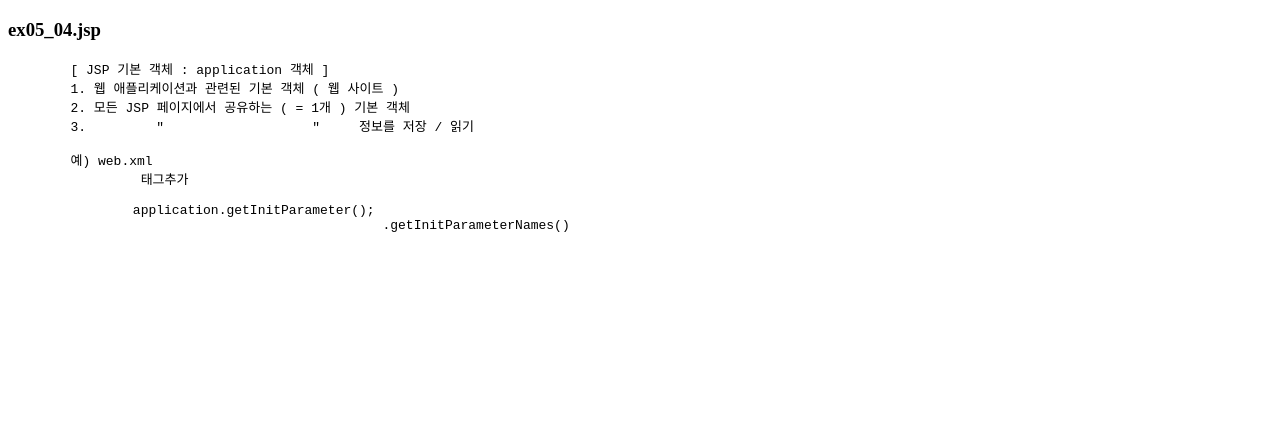
Repository: JavaYoo/kakao-emoticon-web-clone
Page: http://localhost/jspPro/days04/ex05_04.jsp
The author's editor kept a copy of each file at every save. The page is drawn from the files as they stood at one save, then again after the next save.
The browser window is 1280 px wide. The pictures show the whole page.
The page is served by Tomcat 9.

Above is the page before, as saved 2022-06-17 06:33:24.

After the next save:
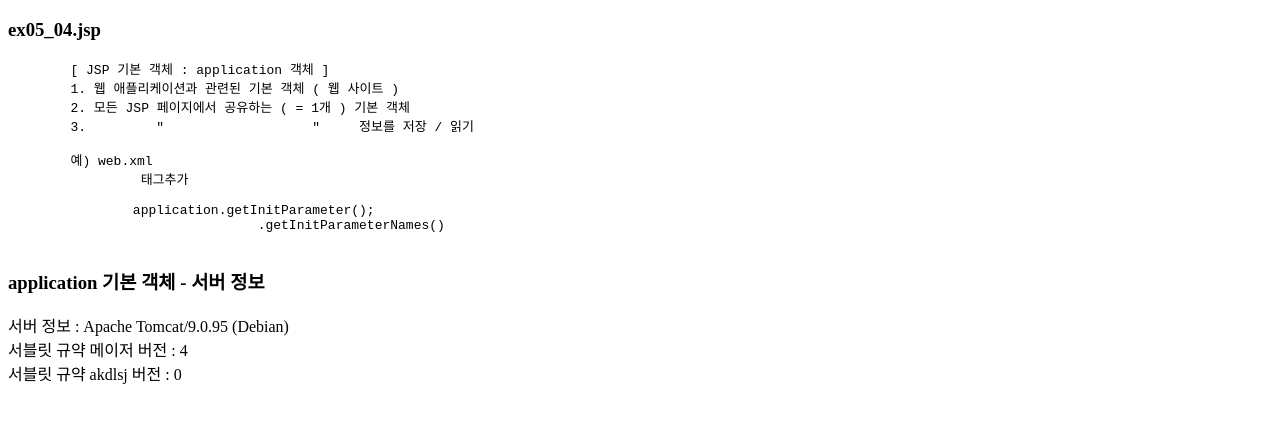
Saved 2 min 5 s later.
--- a/jspPro/src/main/webapp/days04/ex05_04.jsp
+++ b/jspPro/src/main/webapp/days04/ex05_04.jsp
@@ -22,9 +22,14 @@
 		<context-param> 태그추가
 
 		application.getInitParameter();
-						.getInitParameterNames()
+		                .getInitParameterNames()
 
 </pre>
 
+<h3>application 기본 객체 - 서버 정보</h3>
+서버 정보 : <%= application.getServerInfo() %><br>
+서블릿 규약 메이저 버전 : <%= application.getMajorVersion() %><br>
+서블릿 규약 akdlsj 버전 : <%= application.getMinorVersion() %><br>
+
 </body>
 </html>
